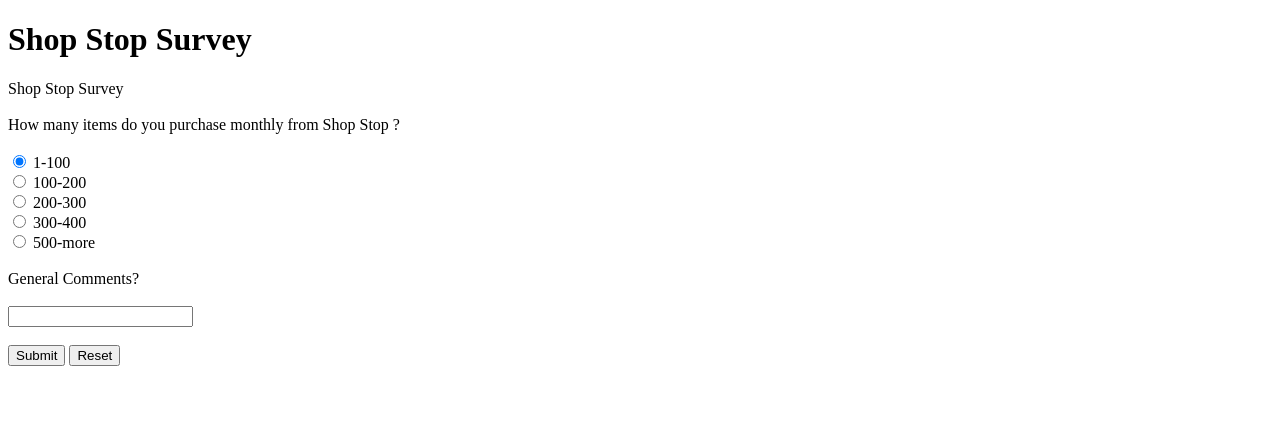
Repository: Sarvada12/Javascript
Page: eclipse/ShopStop/src/main/webapp/Survey.html
The author's editor kept a copy of each file at every save. The page is drawn from the files as they stood at one save, then again after the next save.
The browser window is 1280 px wide. The pictures show the whole page.

Above is the page before, as saved 2021-11-30 06:42:13.

### eclipse/ShopStop/src/main/webapp/Survey.html
<!DOCTYPE html>
<html>
<head>
<meta charset="ISO-8859-1">
<title>Shop Stop Survey</title>
</head>
<body>

<h1>Shop Stop Survey</h1>
<form action="ShopStop" method=POST>
<p>
<input type=hidden name=survey value=Survey01Results>
</p>
<p>Shop Stop Survey <BR>
<BR>
How many items do you purchase monthly from Shop Stop ?<BR>
<BR>
<input name=rbitems type=radio value=1-100 checked>
1-100 <BR>
<input type=radio name=rbitems value=100-200>
100-200 <BR>
<input type=radio name=rbitems value=200-300>
200-300 <BR>
<input type=radio name=rbitems value=300-400>
300-400 <BR>
<input type=radio name=rbitems value=500-more>
500-more <BR>
<BR>
General Comments?<BR>
<BR>
<input type=text name=txtcomment>
<BR><BR>



<input type=submit>
<input type=reset>
</p>
</form>

</body>
</html>

After the next save:
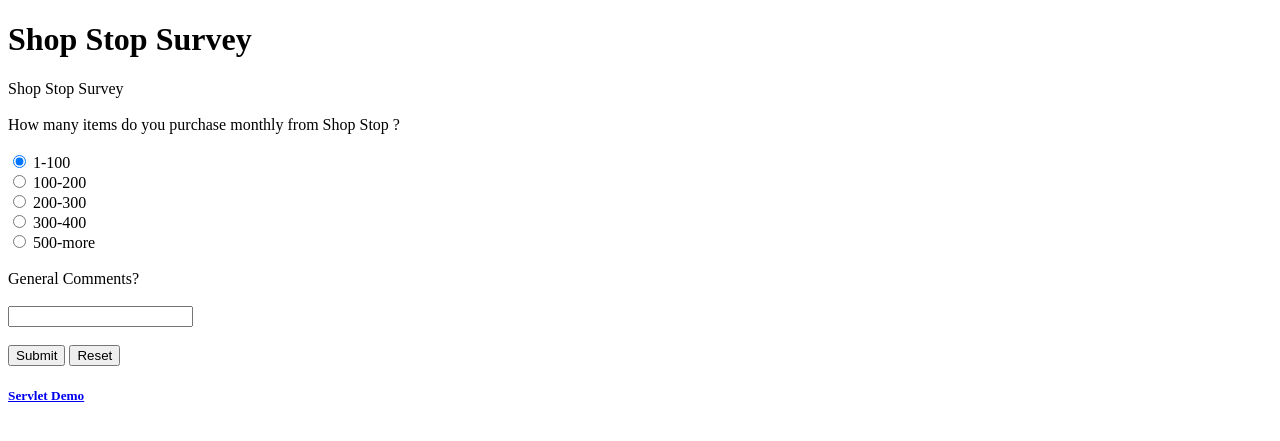
Saved 5 min 3 s later.
--- a/eclipse/ShopStop/src/main/webapp/Survey.html
+++ b/eclipse/ShopStop/src/main/webapp/Survey.html
@@ -37,6 +37,9 @@ General Comments?<BR>
 <input type=reset>
 </p>
 </form>
+<h5><a href="Login.html> Login Here</a></h5>
+
+<h5><a href="HelloWorld">Servlet Demo</a></h5>
 
 </body>
 </html>
